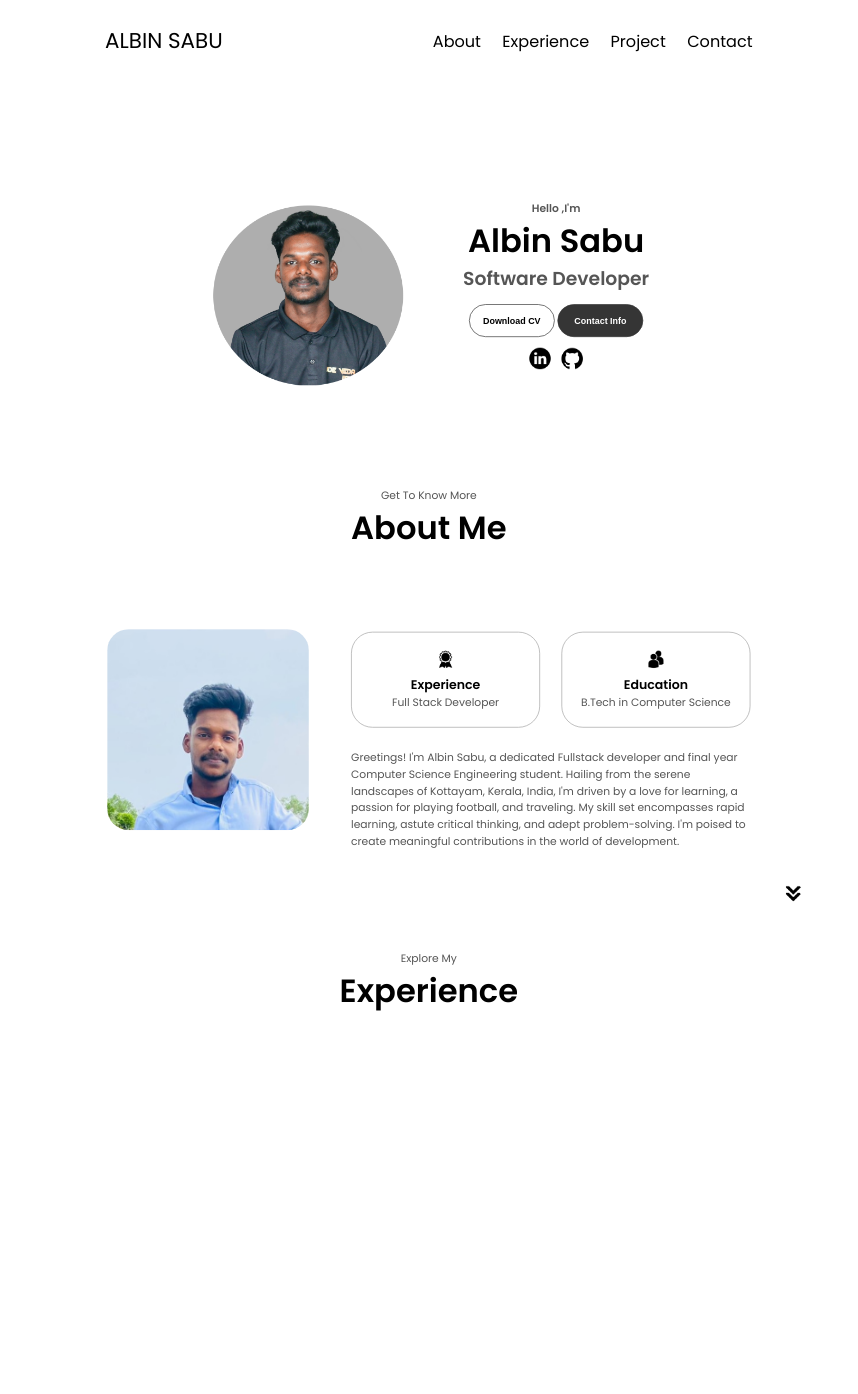
Repository: albinsabu2023/albinsabu
Page: index.html
These files come from the project's save history. The page is drawn as it stood at one moment and after the next save; the edit follows.
The browser window is 1280 px wide. The pictures show the whole page, at 67% of full size.

Above is the page before, as saved 2023-08-30 12:40:27.

After the next save:
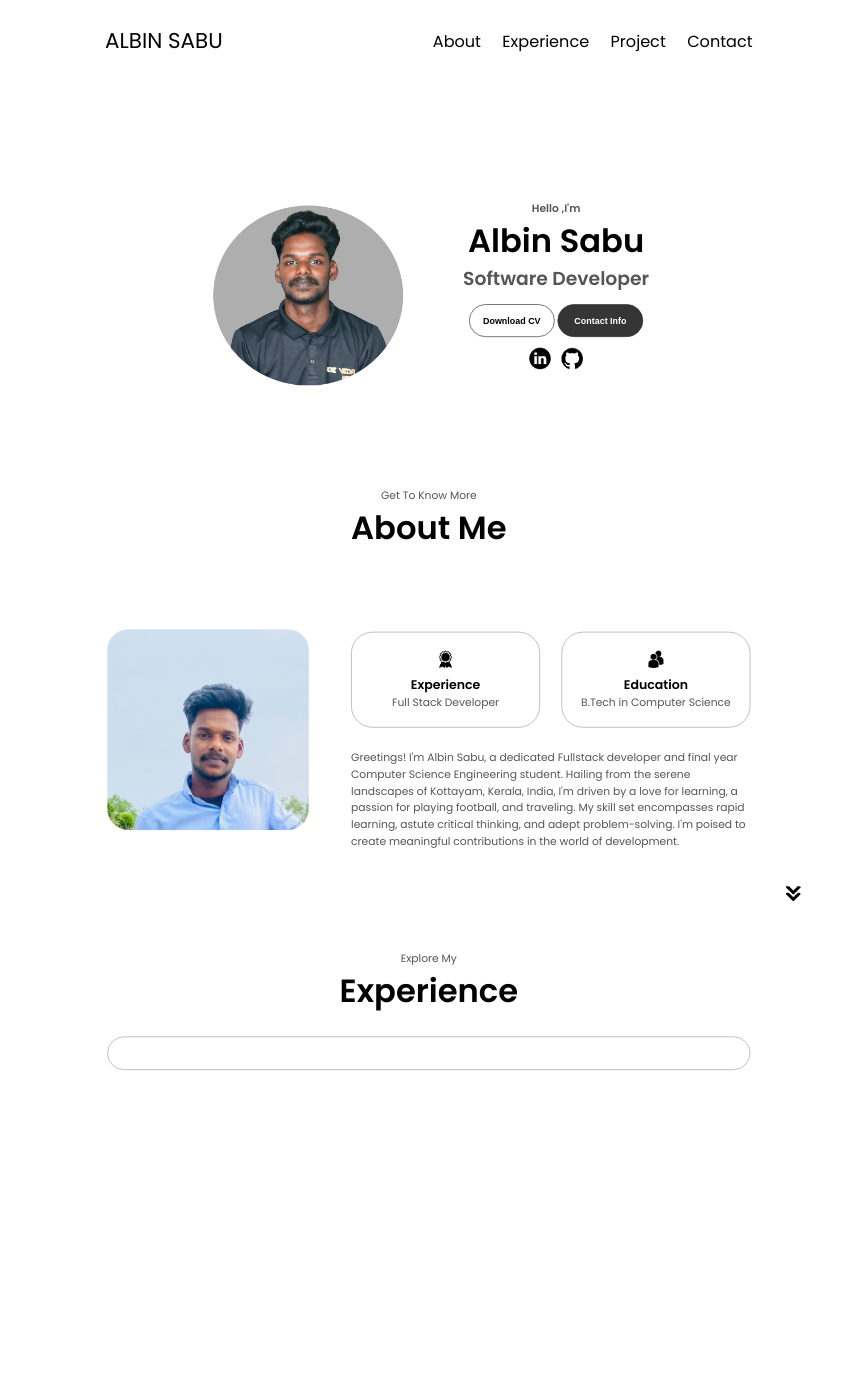
Saved 70 s later.
--- a/index.html
+++ b/index.html
@@ -92,6 +92,13 @@
     <section id="experience">
         <p class="section__text__p1">Explore My</p>
         <h1 class="title">Experience</h1>
+        <div class="experience-details-container">
+            <div class="about-container">
+                <div class="details-container">
+                    <h2 class="experience-sub-title"></h2>
+                </div>
+            </div>
+        </div>
     </section>
     <script src="script.js"></script>
 </body>
